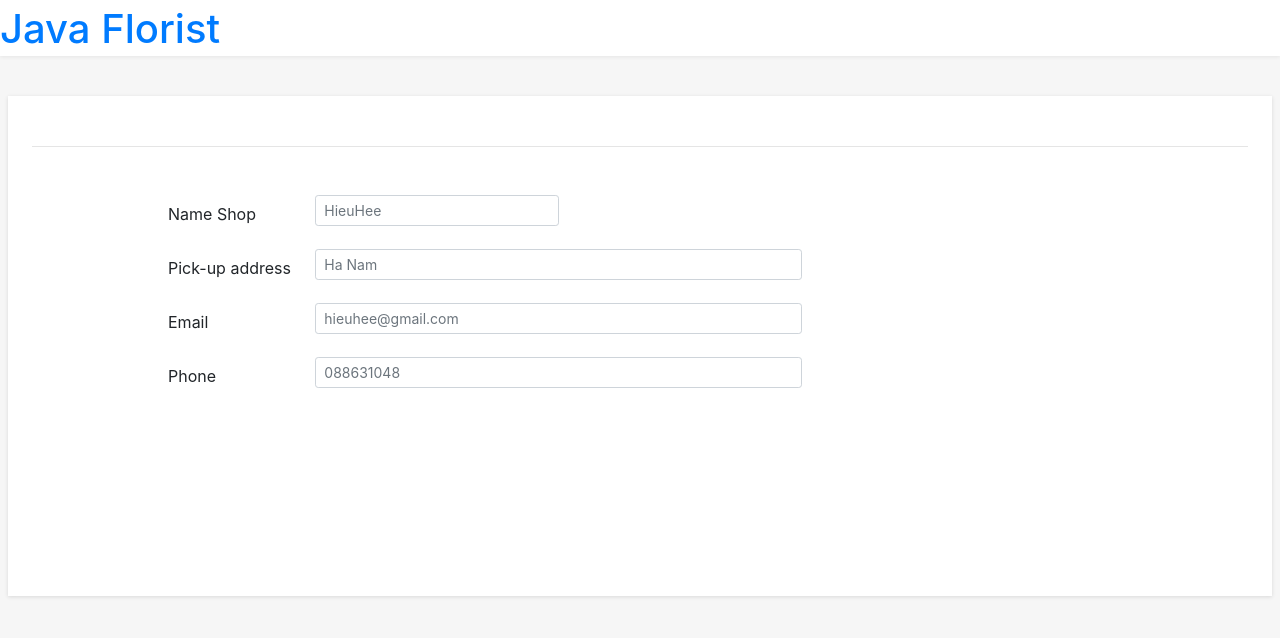
Repository: hienttm/flower-java-florist
Page: JavaFlorist/JavaFlorist/wwwroot/BecomePartner/index.html
These files come from the project's save history. The page is drawn as it stood at one moment and after the next save; the edit follows.
The browser window is 1280 px wide. The pictures show the whole page.
Some web libraries are served in a nearby version.

Above is the page before, as saved 2023-12-29 18:08:27.

### JavaFlorist/JavaFlorist/wwwroot/BecomePartner/index.html
<!DOCTYPE html>
<html lang="en">
<head>
    <meta charset="UTF-8">
    <meta name="viewport" content="width=device-width, initial-scale=1.0">
    <title>Document</title>
        <!-- Google Web Fonts -->
        <link rel="preconnect" href="https://fonts.googleapis.com">
        <link rel="preconnect" href="https://fonts.gstatic.com" crossorigin>
        <link href="https://fonts.googleapis.com/css2?family=Open+Sans:wght@400;600&family=Raleway:wght@600;800&display=swap" rel="stylesheet">

        <!-- Icon Font Stylesheet -->
        <link rel="stylesheet" href="https://use.fontawesome.com/releases/v5.15.4/css/all.css" />
        <link href="https://cdn.jsdelivr.net/npm/bootstrap-icons@1.4.1/font/bootstrap-icons.css" rel="stylesheet">

            <!-- Customized Bootstrap Stylesheet -->
            <link rel="stylesheet" href="https://cdn.jsdelivr.net/npm/bootstrap@4.0.0/dist/css/bootstrap.min.css" integrity="sha384-Gn5384xqQ1aoWXA+058RXPxPg6fy4IWvTNh0E263XmFcJlSAwiGgFAW/dAiS6JXm" crossorigin="anonymous">
        <link rel="stylesheet" href="style/Partner.css">
</head>
<body>
    <!-- Spinner Start -->
    <div class="onboarding-page">
        <div class="header">
            <a asp-action="Index" asp-controller="Home" class="navbar-brand"><h1 class="text-primary display-6"> Java Florist</h1></a>
        </div>
        <div class="onboarding">
            <div class="onboarding-layout__main">
                <div class="onboarding-layout__content onboarding-layout__card">
                    <div class="flow-step-content">
                        <div class="steps-header"></div>
                        <div class="form-input">
                            <form class="">
                                <div class="form-group row">
                                  <label for="text" class="col-sm-2 col-form-label">Name Shop</label>
                                  <div class="w-25">
                                    <input class="form-control form-control-sm" type="text" placeholder="HieuHee">
                                  </div>
                                </div>
                                <div class="form-group row">
                                  <label for="text" class="col-sm-2 col-form-label">Pick-up address</label>
                                  <div class="w-50">
                                    <input type="text" class="form-control form-control-sm"  placeholder="Ha Nam">
                                  </div>
                                </div>
                                <div class="form-group row">
                                    <label for="Email" class="col-sm-2 col-form-label">Email</label>
                                    <div class="w-50">
                                      <input type="email" class="form-control form-control-sm"  placeholder="hieuhee@gmail.com">
                                    </div>
                                  </div>
                                  <div class="form-group row">
                                    <label for="phone" class="col-sm-2 col-form-label">Phone</label>
                                    <div class="w-50">
                                        <input type="phone" class="form-control form-control-sm"  placeholder="088631048">
                                    </div>
                                  </div>
                              </form>

                        </div>
                    </div>

                </div>
            </div>
        </div>
    </div>


        <!-- JavaScript Libraries -->
        <script src="https://ajax.googleapis.com/ajax/libs/jquery/3.6.4/jquery.min.js"></script>
        <script src="https://cdn.jsdelivr.net/npm/bootstrap@5.0.0/dist/js/bootstrap.bundle.min.js"></script>
</body>
</html>

### JavaFlorist/JavaFlorist/wwwroot/BecomePartner/style/Partner.css
*,
*:before,
*:after {
  box-sizing: border-box;
}
* {
  margin: 0;
  padding: 0;
  font: inherit;
}
img,
picture,
svg,
video {
  display: block;
  max-width: 100%;
}
input,
select,
textarea {
  background-color: transparent;
  outline: none;
}
button {
  cursor: pointer;
  background-color: transparent;
  outline: none;
  border: 0;
}
body {
  min-height: 100vh;
  font-weight: 400;
  font-size: 16px;
  line-height: 1;
}

.onboarding-page{
    padding-top: 56px;
    min-width: 1264px;
    margin: 0 auto;
}
.header{
    position: fixed;
    top: 0;
    left: 0;
    width: 100%;
    height: 56px;
    box-shadow: 0 1px 4px 0 rgba(0,0,0,.07);
    background-color: #fff;
    z-index: 100001;
}

.navbar-brand{
    color: #CDB4DB !important;
}
.onboarding {
    min-height: calc(100vh - 56px - 40px);
    padding-bottom: 40px;
    background-color: #f6f6f6;
    }

.onboarding-layout__main {
        padding-top: 40px;
}

.onboarding-layout__card {
    width: 1264px;
    margin: 0 auto;
    height: 500px;
    background-color: #fff;
    box-shadow: 0 1px 4px 0 rgba(0,0,0,.12);
    }

    .flow-step-content{
        padding: 50px 24px;
    }
    .steps-header{
        border-bottom: 1px solid #e5e5e5;
    }

    .form-input{
        max-width: 944px;
        margin: 48px auto 40px;
        min-height: 198px;
}

After the next save:
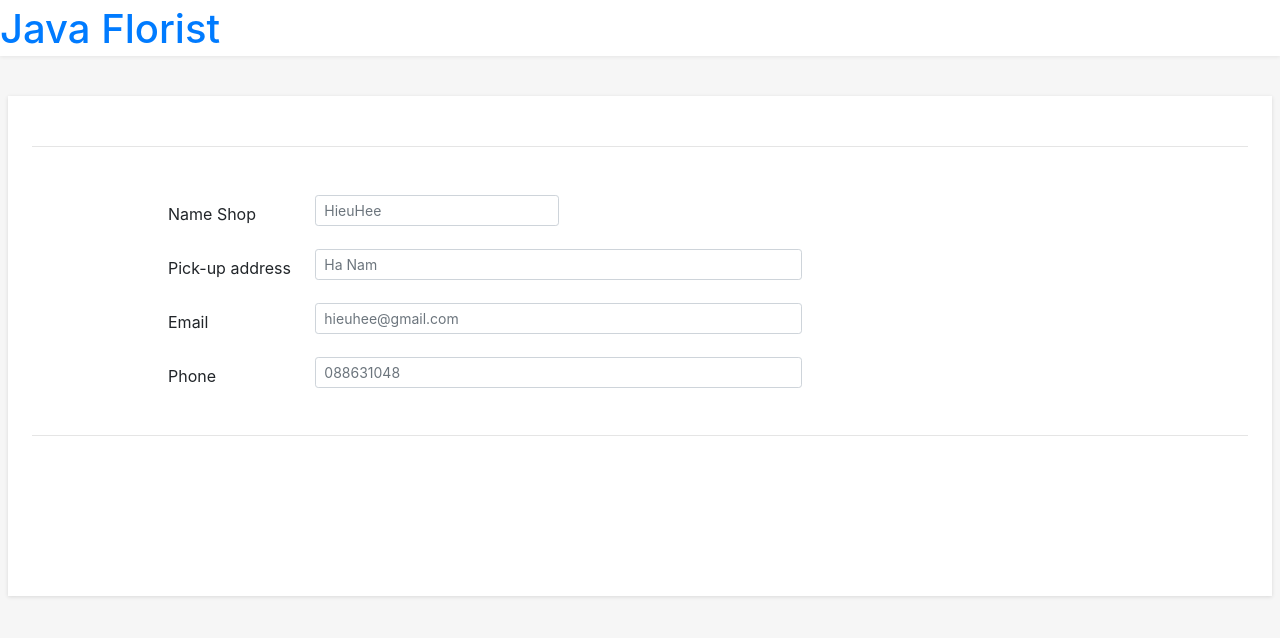
Saved 6 s later.
--- a/JavaFlorist/JavaFlorist/wwwroot/BecomePartner/index.html
+++ b/JavaFlorist/JavaFlorist/wwwroot/BecomePartner/index.html
@@ -57,6 +57,7 @@
                               </form>
 
                         </div>
+                        <div class="steps-header"></div>
                     </div>
 
                 </div>
